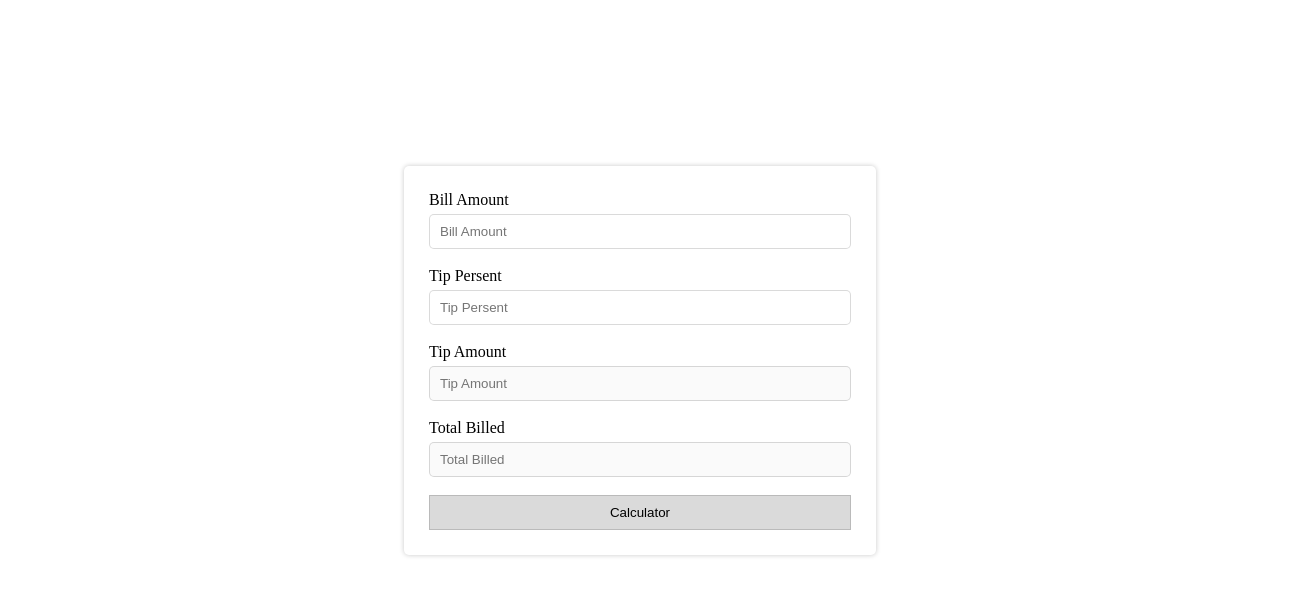
Repository: ZainAkbar51214/Tip-Calculator
Page: index.html
The author's editor kept a copy of each file at every save. The page is drawn from the files as they stood at one save, then again after the next save.
The browser window is 1280 px wide. The page is 1280 px wide, then 1300 px, so the pictures cover 1300 px, including what lies to the right of the window. The pictures show the whole page.
The style sheet was rebuilt from its Sass, Less or Tailwind sources for each picture, by a compiler version that may differ from the author's.

Above is the page before, as saved 2024-03-25 10:34:28.

After the next save:
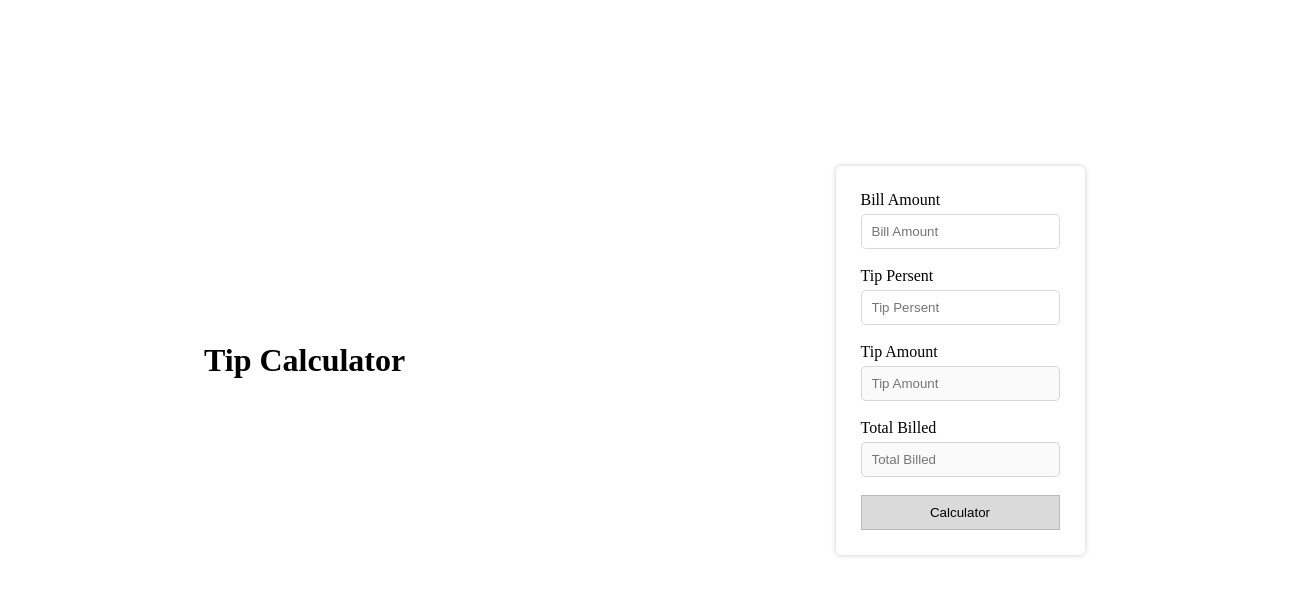
Saved 42 s later.
--- a/index.html
+++ b/index.html
@@ -11,6 +11,11 @@
 
 <body>
     <div class="container">
+        <div class="row">
+            <div class="col">
+                <h1>Tip Calculator</h1>
+            </div>
+        </div>
         <div class="row">
             <div class="col">
                 <div class="calculator">
